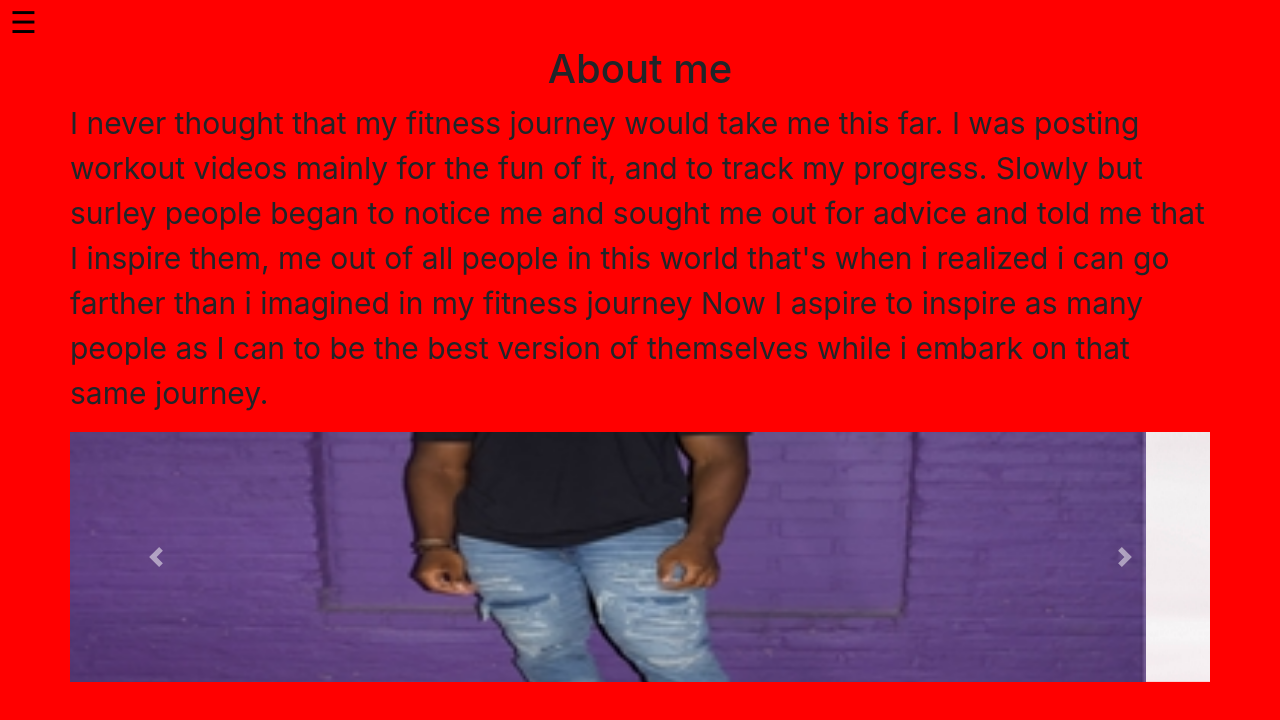
Repository: mamadont/MamadouFitnessWebsite
Page: pages-html/about-me.html
The author's editor kept a copy of each file at every save. The page is drawn from the files as they stood at one save, then again after the next save.
The browser window is 1280 px wide. The pictures show the whole page.
Some web libraries are served in a nearby version.

Above is the page before, as saved 2020-07-09 01:17:25.

After the next save:
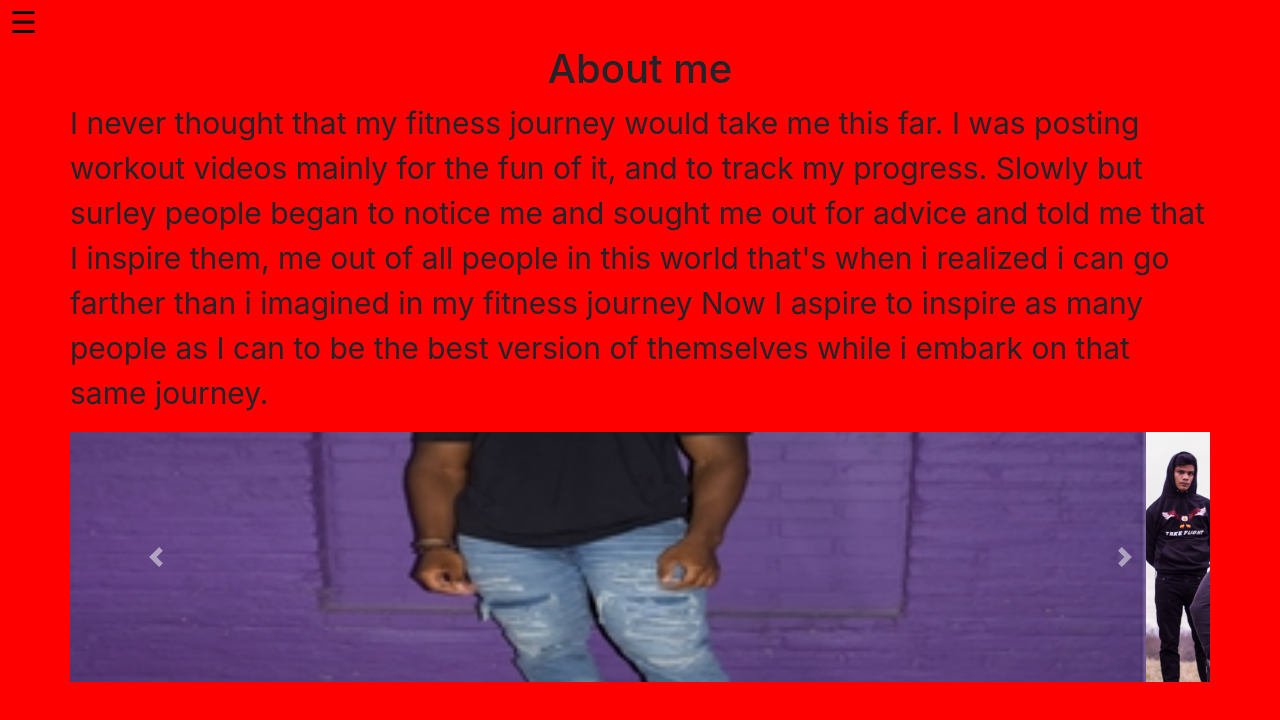
Saved 2 min 3 s later.
--- a/pages-html/about-me.html
+++ b/pages-html/about-me.html
@@ -36,6 +36,10 @@
                 </div>
             </div>
 
+            <!-- <div class="row">
+                <img class="d-block w-100" src="../assets/pic2.JPG" />
+            </div> -->
+
             <!-- Images -->
             <div id="carousel" class="row carousel slide animate__animated animate__slideInRight" data-ride="carousel">
                 <div class="carousel-inner">
@@ -43,7 +47,7 @@
                         <img class="d-block w-100" src="../assets/pic1.jpg" />
                     </div>
                     <div class="carousel-item">
-                        <img class="d-block w-100" src="../assets/pic2.JPG" />
+                        <img class="d-block " src="../assets/pic2.JPG" />
                     </div>
                     <div class="carousel-item">
                         <img class="d-block w-100" src="../assets/pic3.JPG" />

After the save that followed:
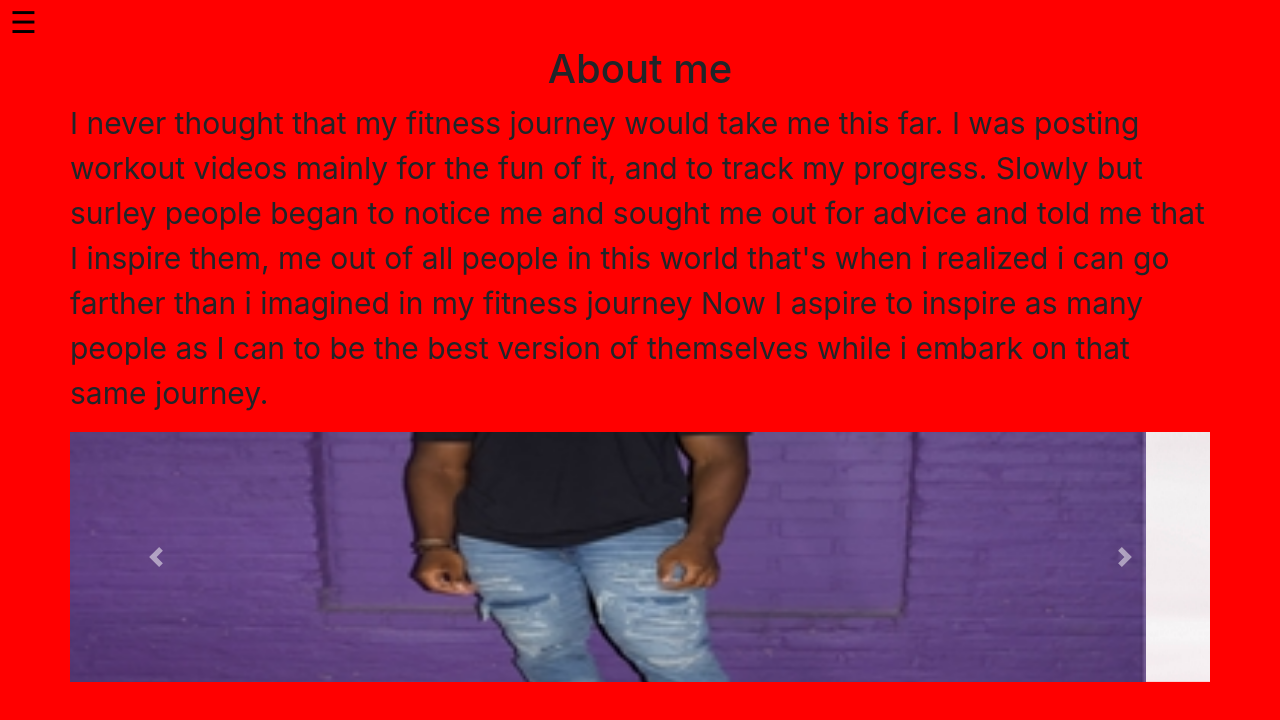
Saved 26 s later.
--- a/pages-html/about-me.html
+++ b/pages-html/about-me.html
@@ -47,7 +47,7 @@
                         <img class="d-block w-100" src="../assets/pic1.jpg" />
                     </div>
                     <div class="carousel-item">
-                        <img class="d-block " src="../assets/pic2.JPG" />
+                        <img class=" w-100" src="../assets/pic2.JPG" />
                     </div>
                     <div class="carousel-item">
                         <img class="d-block w-100" src="../assets/pic3.JPG" />
